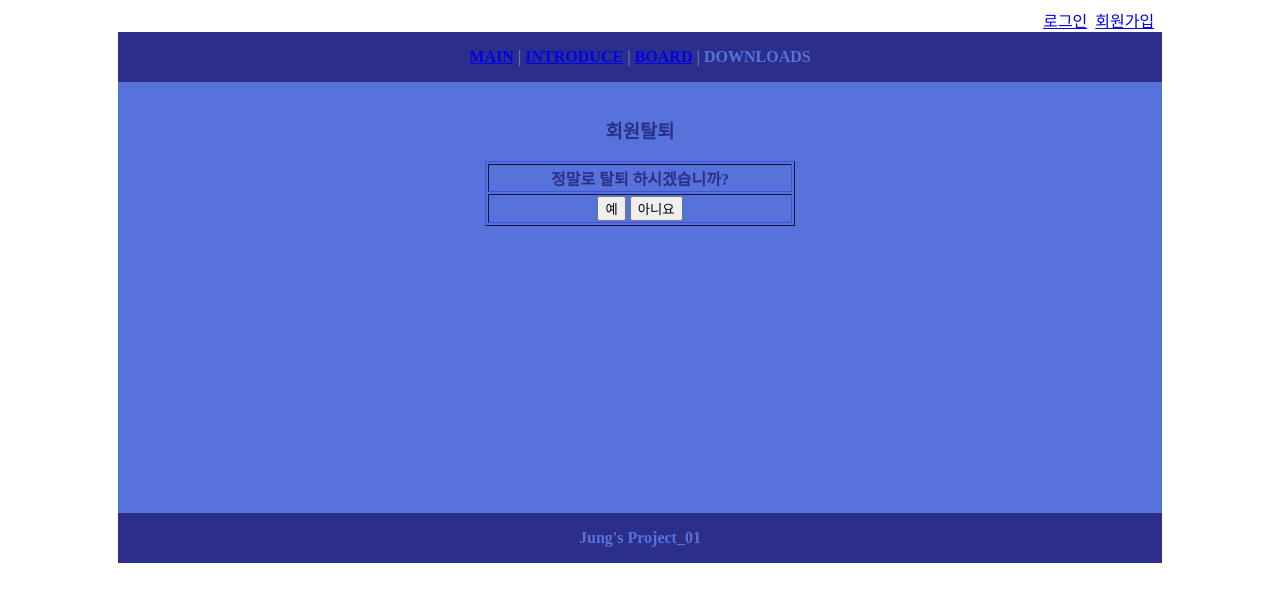
Repository: asas6306/Jungs_
Page: http://localhost/Board-Project1/WEB-INF/JSP/resignCheck.jsp
An editor plug-in stored every save of this project. The page is shown before and after the next save, followed by the edit.
The browser window is 1280 px wide. The pictures show the whole page.
The page is served by Tomcat 9. Nobody is signed in. The template is opened directly, without the code that normally fills it, so the values that code supplies are empty.

Above is the page before, as saved 2021-01-27 07:39:00.

After the next save:
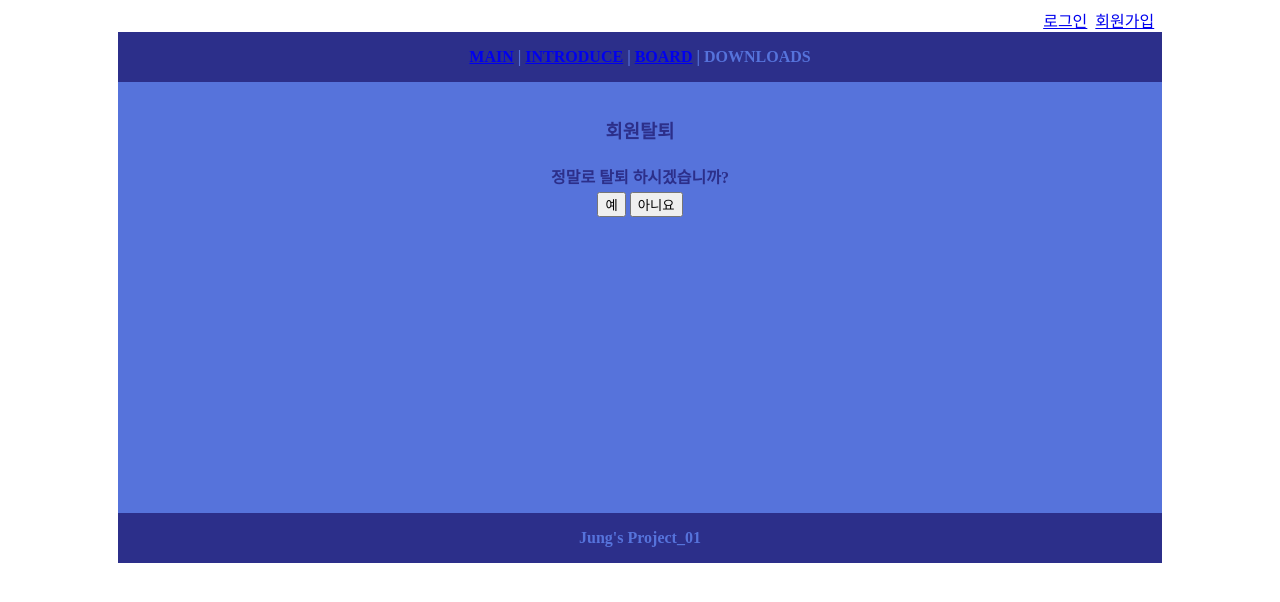
Saved 10 s later.
--- a/Board-Project1/WebContent/WEB-INF/JSP/resignCheck.jsp
+++ b/Board-Project1/WebContent/WEB-INF/JSP/resignCheck.jsp
@@ -2,7 +2,7 @@
 	pageEncoding="UTF-8"%>
 <jsp:include page="/layout/header.jsp" />
 
-<table border="1" class="table">
+<table class="table">
 	<caption>
 		<h3>회원탈퇴</h3>
 	</caption>
